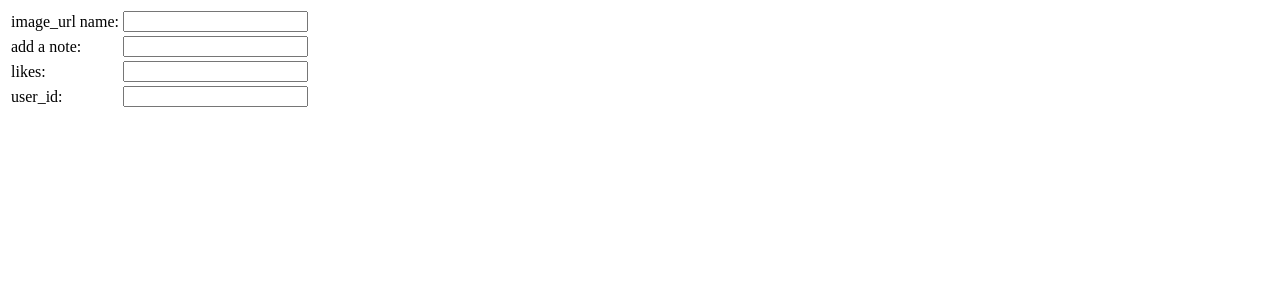
Repository: Hanish2/Springboot
Page: http://localhost/digi-page/addpost.jsp
An editor plug-in stored every save of this project. The page is shown before and after the next save, followed by the edit.
The browser window is 1280 px wide. The pictures show the whole page.
The page is served by Tomcat 9. Other server files are loaded and not shown.

Above is the page before, as saved 2022-10-24 10:43:32.

### socialmediapage/digi-page/src/main/webapp/addpost.jsp
<%@ page language="java" contentType="text/html; charset=ISO-8859-1"
    pageEncoding="ISO-8859-1"%>
<!DOCTYPE html>
<html>
<head>
<meta charset="ISO-8859-1">
<title>Insert title here</title>
</head>
<body>
<table>
<form action="/addpost" method="post">
 <tr>
  <td>image_url name:</td>
  <td> <input type="text" id="fname" name="image_url"></td>
 </tr>
 <tr>
 <td>add a note:</td>
 <td><input type="text" id="lname" name="description"></td>
 </tr>
  <tr>
  <td>likes:</td>
 <td> <input type="email" id="email" name="likes"></td>
 </tr>
 <tr>
  <td>user_id:</td>
  <td> <input type="number" id="mobile" name="user_id"></td>
  </tr>
  </form>
</table>
</body>
</html>

After the next save:
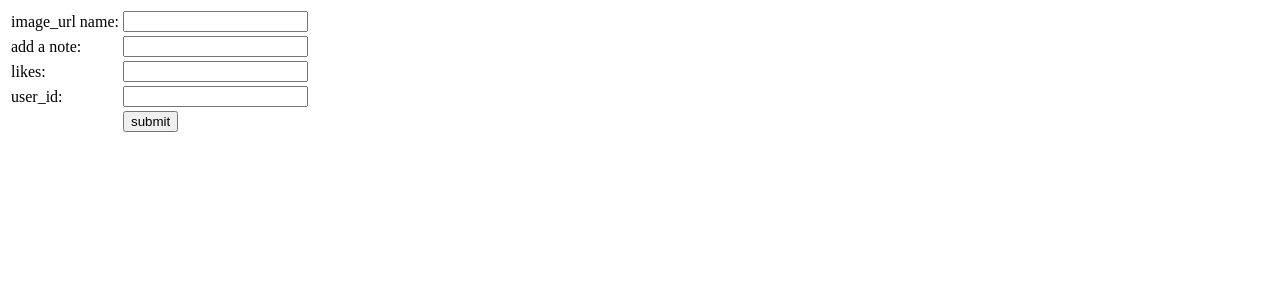
Saved 60 s later.
--- a/socialmediapage/digi-page/src/main/webapp/addpost.jsp
+++ b/socialmediapage/digi-page/src/main/webapp/addpost.jsp
@@ -25,6 +25,9 @@
   <td>user_id:</td>
   <td> <input type="number" id="mobile" name="user_id"></td>
   </tr>
+  <tr>
+  <td></td>
+  <td><input type="submit" value="submit">
   </form>
 </table>
 </body>
